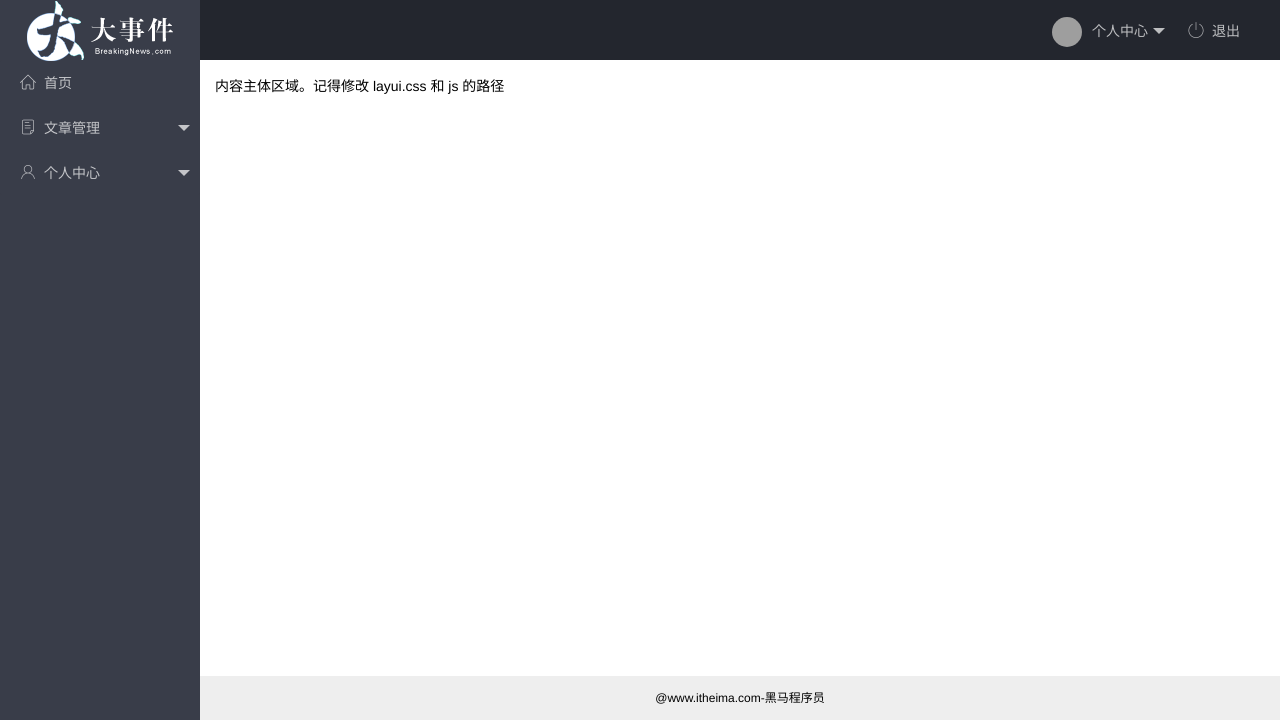
Repository: Janshen111/web_bigevent
Page: index.html
These files come from the project's save history. The page is drawn as it stood at one moment and after the next save; the edit follows.
The browser window is 1280 px wide. The pictures show the whole page.
Pictures or frames that could not be fetched are drawn as grey boxes.

Above is the page before, as saved 2022-08-31 15:51:20.

### index.html
<!DOCTYPE html>
<html lang="en">

<head>
    <meta charset="UTF-8">
    <meta http-equiv="X-UA-Compatible" content="IE=edge">
    <meta name="viewport" content="width=device-width, initial-scale=1.0">
    <title>Document</title>
    <!-- 导入laYui的样式 -->
    <link rel="stylesheet" href="./assets/lib/layui/css/layui.css">
    <!-- 第三方图标样式表 -->
    <link rel="stylesheet" href="./assets/fonts/iconfont.css">
    <!-- 导入自己的样式表 -->
    <link rel="stylesheet" href="./assets/css/index.css">
    <script src=""></script>
</head>

<body>
    <div class="layui-layout layui-layout-admin">
        <div class="layui-header">
            <div class="layui-logo layui-hide-xs layui-bg-black">
                <img src="./assets/images/logo.png" alt="" />
            </div>
            <!-- 头部区域（可配合layui 已有的水平导航） -->
            <dl class="layui-nav-child">
                <dd><a href="">menu 11</a></dd>
                <dd><a href="">menu 22</a></dd>
                <dd><a href="">menu 33</a></dd>
            </dl>
            </li>
            </ul>
            <ul class="layui-nav layui-layout-right">
                <li class="layui-nav-item layui-hide layui-show-md-inline-block">
                    <a href="javascript:;">
                        <img src="//tva1.sinaimg.cn/crop.0.0.118.118.180/5db11ff4gw1e77d3nqrv8j203b03cweg.jpg" class="layui-nav-img">个人中心
                    </a>
                    <dl class="layui-nav-child">
                        <dd><a href="">基本资料</a></dd>
                        <dd><a href="">更换头像</a></dd>
                        <dd><a href="">重置密码</a></dd>
                    </dl>
                </li>
                <li class="layui-nav-item">
                    <a href="javascript:;">
                        <span class="iconfont icon-tuichu"></span>退出
                    </a>
                </li>
            </ul>
        </div>

        <div class="layui-side layui-bg-black">
            <div class="layui-side-scroll">
                <!-- 左侧导航区域（可配合layui已有的垂直导航） -->
                <ul class="layui-nav layui-nav-tree " lay-shrink="all">
                    <li class="layui-nav-item"><a href="javascript:;"><span class="iconfont icon-home"></span>首页</a></li>
                    <!-- 默认展开layui-nav-itemed -->
                    <li class="layui-nav-item">
                        <a class="" href="javascript:;"><span class="iconfont icon-16"></span>文章管理</a>
                        <dl class="layui-nav-child">
                            <dd><a href="javascript:;"><i class="layui-icon layui-icon-app"></i>文章类别</a></dd>
                            <dd><a href="javascript:;"><i class="layui-icon layui-icon-app"></i>   文章列表</a></dd>
                            <dd><a href="javascript:;"><i class="layui-icon layui-icon-app"></i>   发布文章</a></dd>
                        </dl>
                    </li>
                    <li class="layui-nav-item">
                        <a href="javascript:;"><span class="iconfont icon-user"></span>个人中心</a>
                        <dl class="layui-nav-child">
                            <dd><a href="javascript:;"><i class="layui-icon layui-icon-app"></i>   基本资料</a></dd>
                            <dd><a href="javascript:;"><i class="layui-icon layui-icon-app"></i>   更换头像</a></dd>
                            <dd><a href="javascript:;"><i class="layui-icon layui-icon-app"></i>   重置密码</a></dd>
                        </dl>
                    </li>
                </ul>
            </div>
        </div>

        <div class="layui-body">
            <!-- 内容主体区域 -->
            <div style="padding: 15px;">内容主体区域。记得修改 layui.css 和 js 的路径</div>
        </div>

        <div class="layui-footer">
            <!-- 底部固定区域 -->
            @www.itheima.com-黑马程序员
        </div>
    </div>
    <!-- 导入laYui的JS文件 -->
    <script src="./assets/lib/layui/layui.all.js"></script>
</body>

</html>

### assets/css/index.css
.layui-footer {
    text-align: center;
    font-size: 12px;
}

.iconfont {
    margin-right: 8px;
}

.layui-icon {
    margin-right: 8px;
    margin-left: 20px;
}

Loaded but not shown: assets/lib/layui/css/layui.css (library); assets/fonts/iconfont.css (common file); assets/lib/layui/layui.all.js (library); assets/lib/layui/css/modules/laydate/default/laydate.css (library); assets/lib/layui/css/modules/layer/default/layer.css (library); assets/lib/layui/css/modules/code.css (common file)

After the next save:
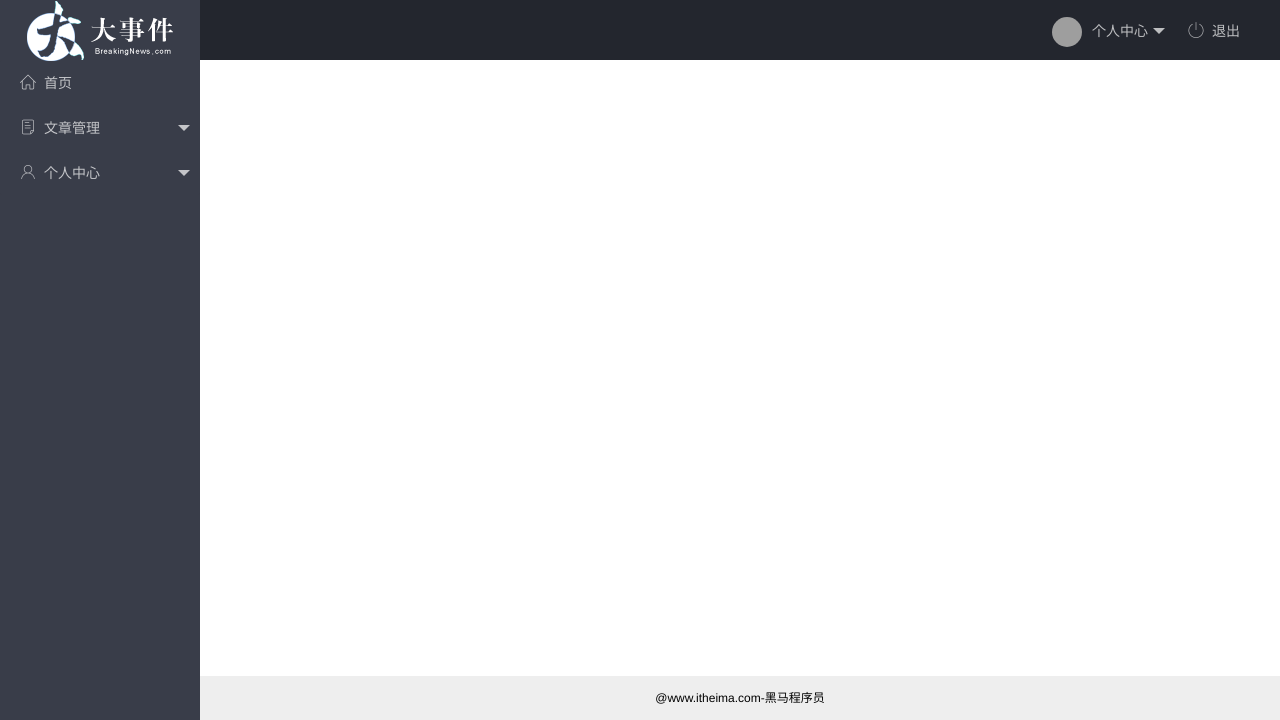
Saved 6 min 22 s later.
--- a/index.html
+++ b/index.html
@@ -76,7 +76,7 @@
 
         <div class="layui-body">
             <!-- 内容主体区域 -->
-            <div style="padding: 15px;">内容主体区域。记得修改 layui.css 和 js 的路径</div>
+            <iframe src="" name="fm" frameborder="0"></iframe>
         </div>
 
         <div class="layui-footer">
